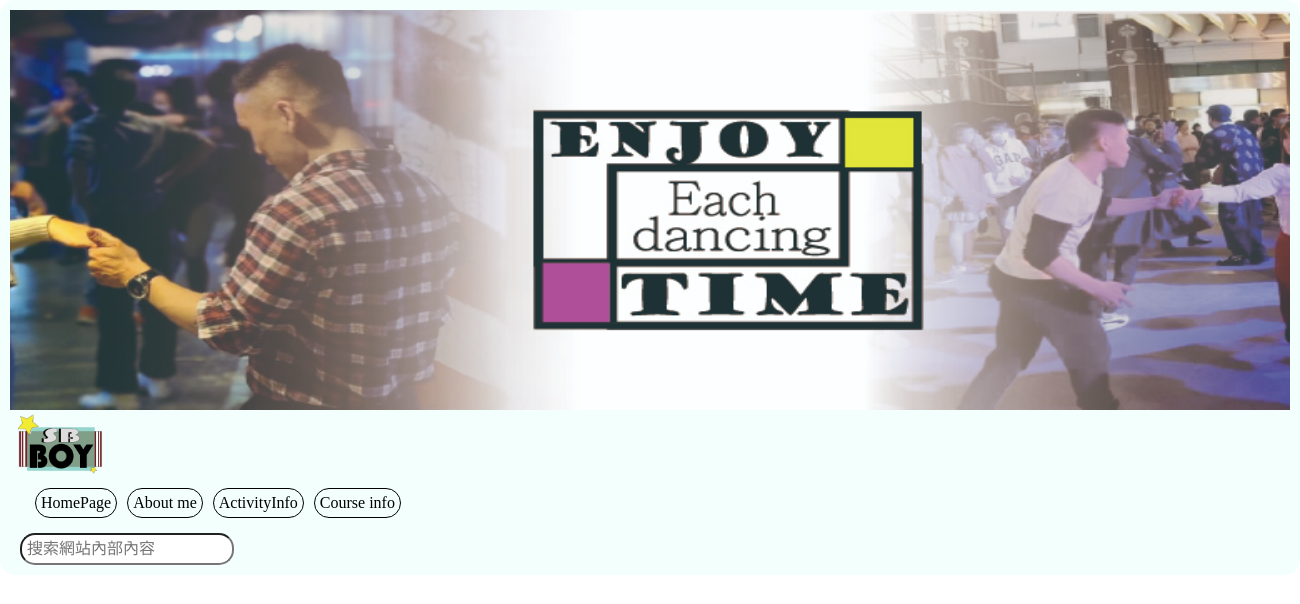
Repository: AlbertKoii/0718_Learning_Javascript
Page: WallOfMemory/WallOfMemory.html
These files come from the project's save history. The page is drawn as it stood at one moment and after a run of saves; the edit follows.
The browser window is 1280 px wide. The page is 1300 px wide, so the pictures cover 1300 px, including what lies to the right of the window. The pictures show the whole page.

Above is the page before, as saved 2023-08-07 14:06:35.
Console error: TypeError: Cannot read properties of null (reading 'addEventListener')

### WallOfMemory/WallOfMemory.html
<!DOCTYPE html>
<html lang="en">
<head>
    <meta charset="UTF-8">
    <meta name="viewport" content="width=device-width, initial-scale=1.0">
    <link rel="stylesheet" href="../WallOfMemory/WallOfMemory.css">
    <!-- <link rel="stylesheet" href="courseInfoMobil.css"> -->
    <title>Course Info</title>
</head>
<body>
    <div class="search-bar">
        <div class="PicturenCourse01">
            <img class="topWallOfMemory" src="../img/Course page pictures.jpg">
            <img class="logo" src="../img/logo.png" alt="圖片">
            <div class="links">
                <a class="link" href="../index.html">HomePage</a>
                <a class="link" href="../aboutme/aboutme.html">About me</a>
                <a class="link" href="../Activity info/ActivityInfo.html">ActivityInfo</a>
                <a class="link" href="../CourseInfo/courseInfo.html">Course info</a>
            </div>
            <div class="search">
                <input type="text" placeholder="搜索網站內部內容">
            </div>
        </div>
    </div>

    <script src="./courseInfo.js" defer></script>
</body>
</html>

### WallOfMemory/WallOfMemory.css

*{
    position: relative;
    font-family: 微軟正黑體;
    font-size: 16px ;
    /* border: 1px solid black; */
}

html, body{
    padding: 0px;
    margin: 0px;
    position: relative;
}
/* 第一層樣式 */
.search-bar {
    position: relative;
    display: flex; /* Use flexbox to arrange child elements */
    align-items: center; /* Center the items vertically */

    padding: 10px;
    background-color: rgba(22, 244, 208, .05);
    z-index: 3;
    border-radius: 15px;

    width: 100vw;
    min-width: 768px;
    z-index: 2;
}

.search-bar input {
    flex: 1; /* Allow the input to take remaining space */
    padding: 5px;
    margin-left: 10px; /* Add some spacing between elements */
    border-radius: 15px;
}

.logo {
    width: 100px;
    margin-right: 10px; /* Add some spacing between elements */
}

.link {
    margin: 0 5px;
    padding: 5px;
    cursor: pointer;
    border-radius: 15px;
    border: solid .4px black;
    text-decoration: none;
    color: black;
}

.links {
    margin-top: 10px;
    margin-left: 20px;
    margin-bottom: 2vh;
    display: flex; /* Use flexbox to arrange links horizontally */
}


/* 第二層樣式 */
.PictureCourse01{
    position: relative;
    width: 100vw;
    min-width: 768px;
    object-fit: fill;
    z-index: 1;

}
.topWallOfMemory{
    position: relative;

    height: 400px;
    width: 100vw;

    margin: 0px;
    padding: 0px;
}

### CourseInfo/Courseinfo.js
// courseInfo.js

let lindyHop = document.getElementById('classroomLh');
let charleston = document.getElementById('classroomCh');
let bachata = document.getElementById('classroomBa');
let salsa = document.getElementById('classroomSa');
const displayContainer = document.getElementById('display');

function fetchAndDisplayData(jsonFile) {
    fetch(jsonFile)
        .then(response => response.json())
        .then(data => {
            let htmlContent = '';
            data.courses.forEach(course => {
                htmlContent += `
                    <div class="allInfo" id="allInfo">
                        <img src="${course.img}">
                        <div class="courses01">
                            <div class="courses001">
                                <h1>${course.title}</h1>
                                <p>活動名稱: ${course.name}</p>
                                <p>活動地址: ${course.address}</p>
                                <p>活動時間: ${course.time}</p>
                                <p>活動金額: ${course.price}</p>
                            </div>
                            <a class="courses002" href="${course.link}">
                                <button>報名連結</button>
                            </a>
                        </div>
                    </div>
                `;
            });

            displayContainer.innerHTML = htmlContent;
        })
        .catch(error => {
            console.error('Error loading course data:', error);
        });
}

// Add click event listeners to the h4 elements inside the summary tags
lindyHop.addEventListener('click', function() {
    fetchAndDisplayData('lindyhop.json');
});

charleston.addEventListener('click', function() {
    fetchAndDisplayData('charleston.json');
});

bachata.addEventListener('click', function() {
    fetchAndDisplayData('bachata.json');
});

salsa.addEventListener('click', function() {
    fetchAndDisplayData('salsa.json');
});

After the next 2 saves:
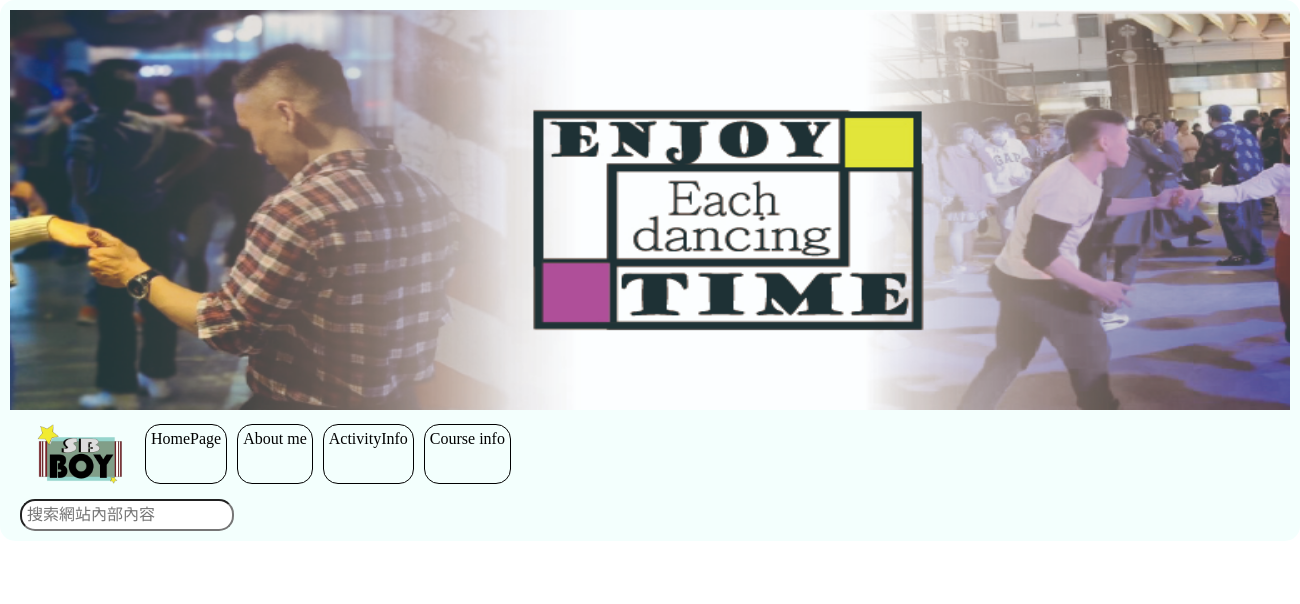
The 2 saves are shown as one change because they came seconds apart.
The last was saved 34 s later.
--- a/WallOfMemory/WallOfMemory.html
+++ b/WallOfMemory/WallOfMemory.html
@@ -11,8 +11,8 @@
     <div class="search-bar">
         <div class="PicturenCourse01">
             <img class="topWallOfMemory" src="../img/Course page pictures.jpg">
-            <img class="logo" src="../img/logo.png" alt="圖片">
             <div class="links">
+                <img class="logo" src="../img/logo.png" alt="圖片">
                 <a class="link" href="../index.html">HomePage</a>
                 <a class="link" href="../aboutme/aboutme.html">About me</a>
                 <a class="link" href="../Activity info/ActivityInfo.html">ActivityInfo</a>
